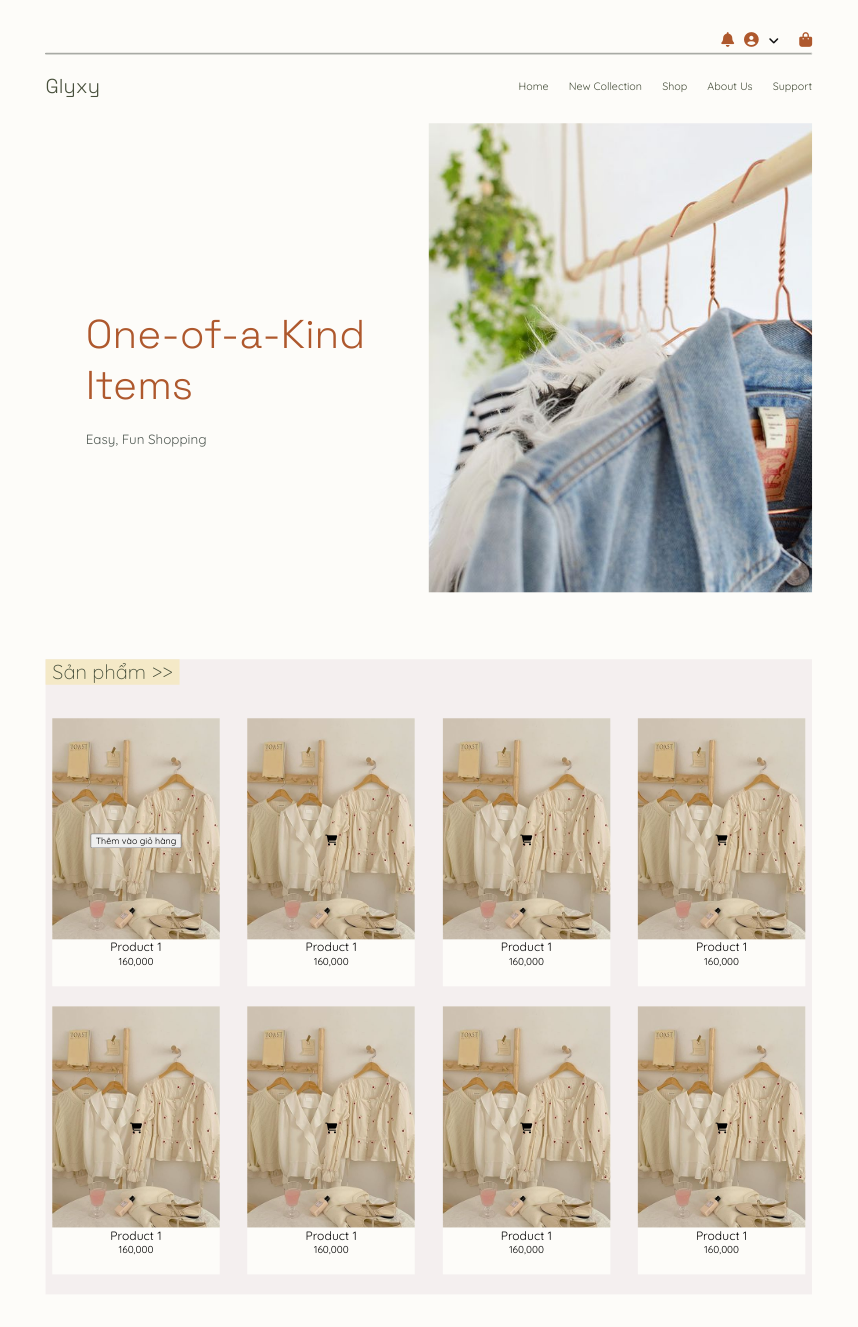
Repository: nganha241/store
Page: index.html
These files come from the project's save history. The page is drawn as it stood at one moment and after the next save; the edit follows.
The browser window is 1280 px wide. The pictures show the whole page, at 67% of full size.
Some web libraries are served in a nearby version.

Above is the page before, as saved 2022-04-16 18:18:25.

### index.html
<!DOCTYPE html>
<html lang="en">
  <head>
    <meta charset="UTF-8" />
    <meta http-equiv="X-UA-Compatible" content="IE=edge" />
    <meta name="viewport" content="width=device-width, initial-scale=1.0" />
    <title>Document</title>
    <link rel="stylesheet" href="style.css" />
  </head>
  <body>
    <div class="header">
      <div class="tools">
        <div class="notification">
          <i class="fa-solid fa-bell"></i>
        </div>
        <div class="account">
          <i class="fa-solid fa-circle-user"></i>
          <span><i class="fa-solid fa-angle-down"></i></span>
        </div>
        <div class="cart">
          <i class="fa-solid fa-bag-shopping"></i>
        </div>
      </div>
      <hr />
      <nav>
        <div class="logo"><a href="#">Glyxy</a></div>
        <ul class="menu">
          <li><a href="#">Home</a></li>
          <li><a href="#">New Collection</a></li>
          <li><a href="#">Shop</a></li>
          <li><a href="#">About Us</a></li>
          <li><a href="#">Support</a></li>
        </ul>
      </nav>
      <div class="banner">
        <div class="slogan">
          <h4>One-of-a-Kind Items</h4>
          <p>Easy, Fun Shopping</p>
        </div>
        <div class="img-banner">
          <img src="./img/banner.jpg" alt="" />
        </div>
      </div>
    </div>
    <div class="section">
      <div class="pro-title">
        <h2><a href="#">Sản phẩm >></a></h2>
      </div>
      <div class="products">
        <div class="card">
          <div class="pro-img">
            <img src="./img/products/p1.jpg" alt="" />
          </div>
          <div class="pro-name">Product 1</div>
          <div class="pro-price">160,000</div>
          <div class="add-cart">
            <button>Thêm vào giỏ hàng</button>
          </div>
        </div>
        <div class="card">
          <div class="pro-img">
            <img src="./img/products/p1.jpg" alt="" />
          </div>
          <div class="pro-name">Product 1</div>
          <div class="pro-price">160,000</div>
          <div class="add-cart">
            <i class="fas fa-shopping-cart"></i>
          </div>
        </div>
        <div class="card">
          <div class="pro-img">
            <img src="./img/products/p1.jpg" alt="" />
          </div>
          <div class="pro-name">Product 1</div>
          <div class="pro-price">160,000</div>
          <div class="add-cart">
            <i class="fas fa-shopping-cart"></i>
          </div>
        </div>
        <div class="card">
          <div class="pro-img">
            <img src="./img/products/p1.jpg" alt="" />
          </div>
          <div class="pro-name">Product 1</div>
          <div class="pro-price">160,000</div>
          <div class="add-cart">
            <i class="fas fa-shopping-cart"></i>
          </div>
        </div>
        <div class="card">
          <div class="pro-img">
            <img src="./img/products/p1.jpg" alt="" />
          </div>
          <div class="pro-name">Product 1</div>
          <div class="pro-price">160,000</div>
          <div class="add-cart">
            <i class="fas fa-shopping-cart"></i>
          </div>
        </div>
        <div class="card">
          <div class="pro-img">
            <img src="./img/products/p1.jpg" alt="" />
          </div>
          <div class="pro-name">Product 1</div>
          <div class="pro-price">160,000</div>
          <div class="add-cart">
            <i class="fas fa-shopping-cart"></i>
          </div>
        </div>
        <div class="card">
          <div class="pro-img">
            <img src="./img/products/p1.jpg" alt="" />
          </div>
          <div class="pro-name">Product 1</div>
          <div class="pro-price">160,000</div>
          <div class="add-cart">
            <i class="fas fa-shopping-cart"></i>
          </div>
        </div>
        <div class="card">
          <div class="pro-img">
            <img src="./img/products/p1.jpg" alt="" />
          </div>
          <div class="pro-name">Product 1</div>
          <div class="pro-price">160,000</div>
          <div class="add-cart">
            <i class="fas fa-shopping-cart"></i>
          </div>
        </div>
      </div>
    </div>
    <div class="footer"></div>

    <script
      src="https://kit.fontawesome.com/ae971d7ee0.js"
      crossorigin="anonymous"
    ></script>
    <script src="./main.js"></script>
  </body>
</html>

### style.css
@import url('https://fonts.googleapis.com/css2?family=Quicksand:wght@300;400;500;600;700&family=Space+Grotesk:wght@300;400&display=swap');

* {
    font-family: 'Quicksand', sans-serif;
    box-sizing: border-box;
}

body {
    background: #fdfcf9;
    position: relative;
    height: auto;
    padding: 40px 60px;
}

a {
    text-decoration: none;
}

li {
    list-style: none;
}

.header .tools {
    display: flex;
    justify-content: flex-end;
    gap: 15px;
}

.header .tools .notification,
.header .tools .account,
.header .tools .cart {
    cursor: pointer;
}

.header .tools .fa-solid {
    font-size: 22px;
    color: #ae582d;
}

.header .tools .account span .fa-solid{
    font-size: 18px;
    color: #111;
    margin-left: 10px;
    margin-right: 15px;
}

.header .tools .account:hover .fa-solid{
    color: #ae582d;
}

.header hr {
    background: #48503c;
}

.header nav {
    display: flex;
    width: 100%;
}

.header nav .logo {
    width: 50%;
    padding-top: 20px;
}

.header nav .logo a{
    font-family: 'Space Grotesk', sans-serif;
    font-size: 30px;
    color: #48503c;
    font-weight: 100;

}

.header nav .logo a:hover {
    color: #111;
}

.header nav .menu {
    display: flex;
    gap: 15px;
    padding-top: 7px;
    justify-content: flex-end;
    width: 50%;
}

.header nav .menu li {
    float: left;
}

.header nav .menu li a {
    display: block;
    padding: 6px 0px 0px 15px;
    color: #48503c;
}

.header nav .menu li:hover a {
    color: #111;
}

.header .banner {
    width: 100%;
    height: 700px;
    display: flex;
    align-items: center;
    margin-top: 30px;
    position: relative;
}

.header .banner .slogan {
    width: 50%;
    padding-left: 60px;
    padding-right: 20px;
}

.header .banner .slogan h4 {
    color: #ae582d;
    font-family: 'Space Grotesk', sans-serif;
    font-size: 60px;
    font-weight: 200;
}

.header .banner .slogan p {
    font-size: 20px;
    color: #515a54;
    margin-top: -50px;
}

.header .banner .img-banner{
    width: 50%;
    height: 100%;
}

.header .banner .img-banner img {
    width: 100%;
    height: 100%;
    object-fit: cover;
}



.section {
    height: auto;
    margin-top: 100px;
    background: rgb(244, 239, 239);
}

.section .pro-title{
    height: auto;
    width: 200px;
    background: #f4e9c7;
    text-align: center;
}

.section .pro-title h2 a{
    font-size: 30px;
    color: #48503c;
    font-weight: 200;
}

.section .products {
    display: flex;
    flex-wrap: wrap;
    justify-content: space-between;
    row-gap: 30px;
    padding: 30px 10px;
}

.section .products .card {
    width: 250px;
    height: 400px;
    background: #fdfcf9;
    text-align: center;
    cursor: pointer;
    transition: 0.4s;
    position: relative;
}

.section .products .card:hover {
    transform: scale(1.1 , 1.1);
    background: rgba(255, 255, 255, 0.4);

}

.section .products .card .pro-img {
    height: 330px;
}

.section .products .card .pro-img img{
    width: 100%;
    height: 100%;
    object-fit: cover;
}

.section .products .card .pro-name {
    font-size: 18px;
}

.section .products .card .pro-price {
    font-size: 15px;
}

.section .products .card .add-cart {
    margin-top: -200px;
}

.section .products .card .add-cart button{
    /* opacity: 0; */

}

.section .products .card:hover .add-cart button {
    height: 40px;
    /* margin-top: -200px; */
    background: #ae582d;
    border: 0;
    cursor: pointer;
    transition: 0.4s;
    opacity: 1;
}

.section .products .card .add-cart button:hover {
    transform: scale(1.1);
}

### main.js
const banners = document.querySelectorAll(".img-banner .image img");
const slider = document.querySelector(".slider img");

let countIndex = 0;
let currentIndex;

// setInterval(
//   banners.forEach((banner, index) => {
//     currentIndex = countIndex;
//     countIndex = index;
//     console.log(currentIndex);
//     console.log(countIndex);
//     slider.src = banner.src;
//   }),
//   1000
// );

banners.forEach((banner) => {
  currentIndex = countIndex;
  countIndex++;
  console.log(currentIndex);
  console.log(countIndex);
  slider.src = banner.src;
});

After the next save:
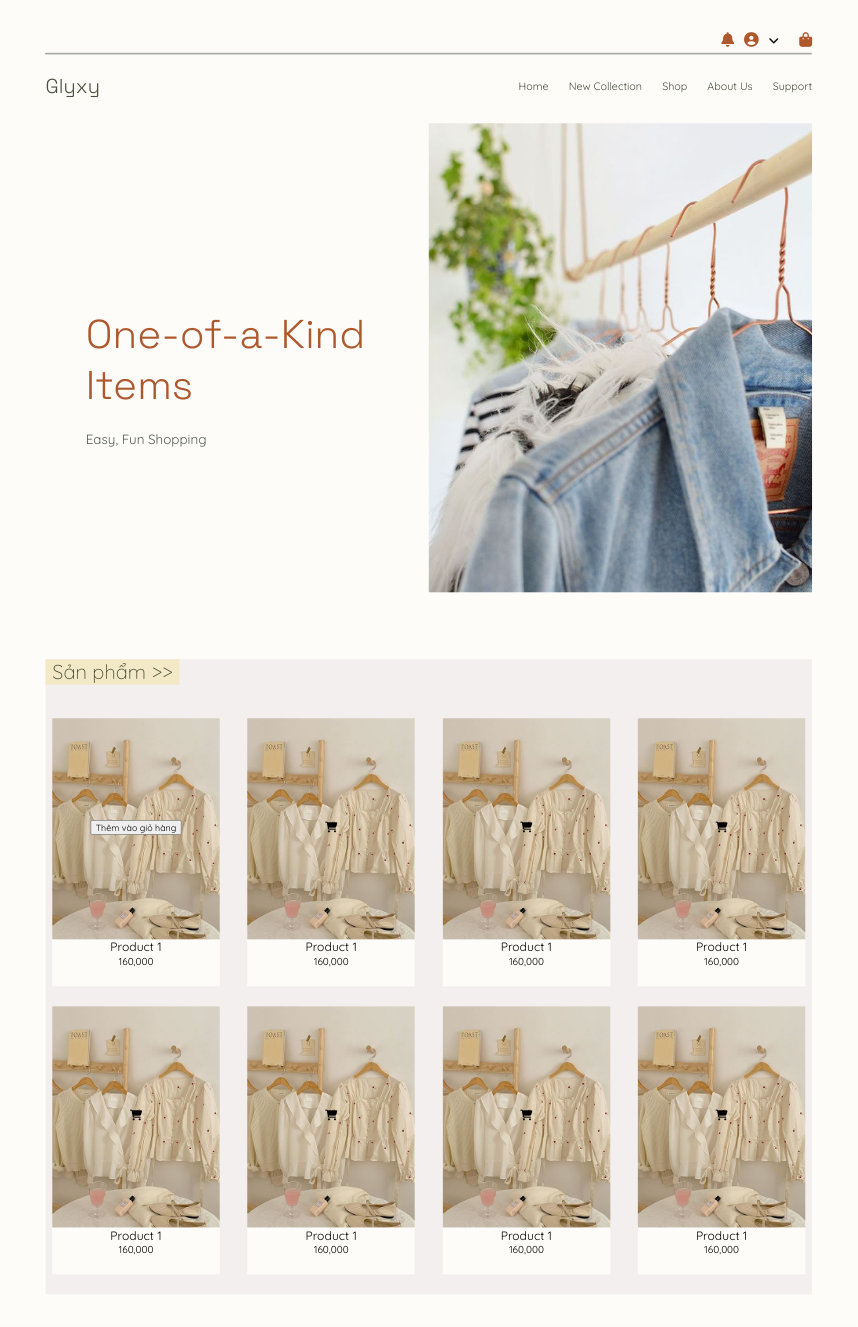
Saved 11 s later.
--- a/style.css
+++ b/style.css
@@ -199,7 +199,7 @@ li {
 }
 
 .section .products .card .add-cart {
-    margin-top: -200px;
+    margin-top: -220px;
 }
 
 .section .products .card .add-cart button{
